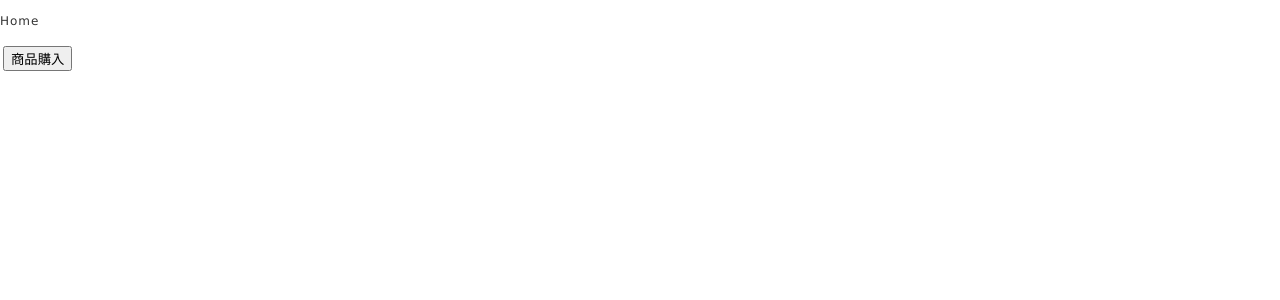
Repository: kuriky/Ecsite
Page: http://localhost/ecsiteEC/
The author's editor kept a copy of each file at every save. The page is drawn from the files as they stood at one save, then again after the next save.
The browser window is 1280 px wide. The pictures show the whole page.
The page is served by Tomcat 9.

Above is the page before, as saved 2020-01-10 10:00:43.

After the next save:
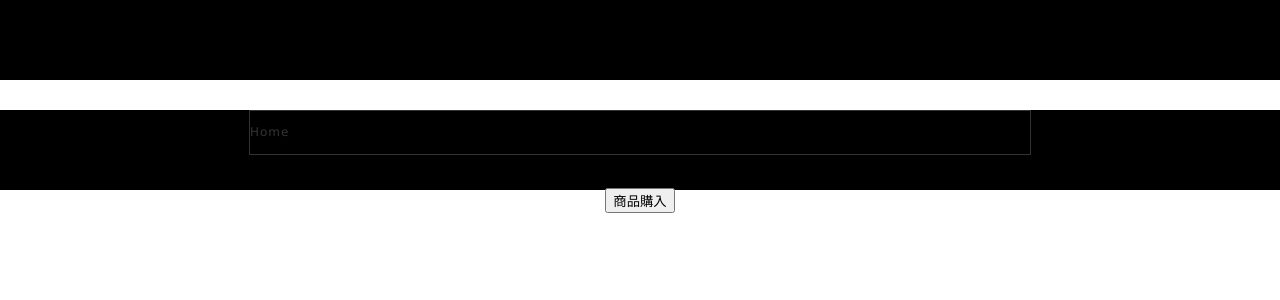
Saved 4 min 6 s later.
--- a/ecsiteEC/WebContent/css/style.css
+++ b/ecsiteEC/WebContent/css/style.css
@@ -9,3 +9,27 @@ body{
 	color:#333;
 	background:#fff;
 }
+
+table{
+	ptext-align:center;
+	margin:0 auto;
+}
+/* ID LAYOUT */
+#top{
+	width:780px;
+	margin:30px auto;
+	border:1px solid #333;
+}
+
+#header{
+	width:100%;
+	height:80px;
+	background-color:black;
+}
+
+#main{
+	width:100%;
+	height:80px;
+	background-color:black;
+	clear:both;
+}
